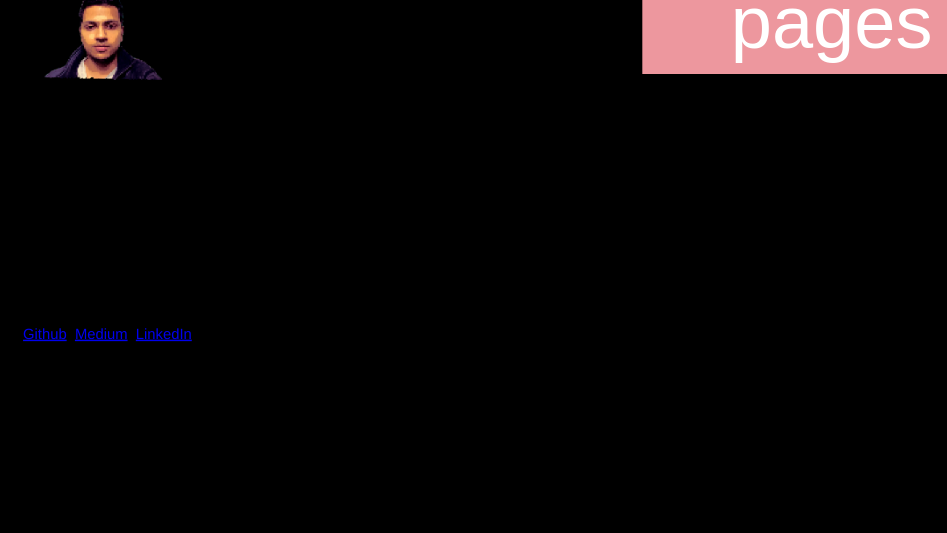
Repository: SamirIngley/html-semantic
Page: templates/about.html
An editor plug-in stored every save of this project. The page is shown before and after the next save, followed by the edit.
The browser window is 1280 px wide. The pictures show the whole page, at 74% of full size.

Above is the page before, as saved 2020-02-05 22:48:59.

### templates/about.html
<!DOCTYPE html>
<html lang="en">
<div class="wrapper">
    <head>
        <meta charset="UTF-8">
        <meta name="viewport" content="width=device-width, initial-scale=1.0">
        <meta http-equiv="X-UA-Compatible" content="ie=edge">
        <link href="style.css" rel="stylesheet">
        <title>Samir Ingle</title>
    <head>
    <div class="header-right">
            <nav>
            <div class='dropdown'>
                <button class='dropbtn'>pages</button>
                <div class="dropdown-content">
                    <a href="/about">about</a>
                    <a href="/projects">projects</a>
                    <a href="/contact">contact</a>
                </div>
            </div>
        </nav>
    </div>


    <div class ="main-content">
    <!-- <center> -->

        <div class="bio">
            <h3>Bio</h3>
            <p>
            22 year old Bay Area native.
            <br>
            Developer
            <br>
            Designer
            </p>
        </div>
        <div class="bio">
            <h3>Weapons of choice:</h3>
            <ul>
                <li>Python</li>
                <li>Django</li>
                <li>HTML</li>
                <li>CSS</li>
            </ul>
        </div>
        <div class="bio">
            <h3>Interests</h3>
            <ul>
                <li>Computer Vision</li>
                <li>Machine Learning</li>
                <li>Data Science</li>
                <li>Google Cloud</li>
            </ul>
        </div>
            <p>

    </div>

    <div class="footer">
            <br>
            <a href="https://github.com/SamirIngley">Github</a>
            <a href="https://medium.com/@SamirIngle">Medium</a>
            <a href="https://www.linkedin.com/in/samiringle/">LinkedIn</a>
    </div>

    <div class="photo">
            <figure>
                    <img src="static/images/8-bit.png" alt="samir-profile-pic" style="width:100%;">
                    <!-- <figcaption>Samir Ingle headshot</figcaption> -->
                </figure>
            </div>
    <!-- </center> -->
</div>

### templates/style.css

/* * {
    box-sizing: border-box;
} */

body {
  margin: 0;
  font-size: 20px;
  background-color:rgb(0, 0, 0);
  color: white;
  font-family: Helvetica;
}

.wrapper {

    display: grid;

    grid-gap: 10px;
    grid-template-columns: repeat(4, 1fr);
    grid-template-rows: 100px 300px;
    /*
    The named areas below define where elements with
    those names are placed on the grid.
    */
    grid-template-areas:  "h h h r"
                          "s m m m"
                          "f . . .";
  }

  .wrapper>div {
    color: rgba(255, 255, 255, 0);
    font-family: Helvetica;
    padding: 1em;
    display: flex;
    justify-content: space-between;
    align-items: center;
    /* height: 20px; */
  }

  .header {
    /* Name this element to place it on the grid */
    grid-area: h;
  }

  .header-right {
    grid-area: r;
  }

  .main-content {
    grid-area: m;
  }

  .side-bar {
    grid-area: s;
  }

  .footer {
    grid-area: f;
  }

  .footer-right {
    grid-area: g;
  }

  .wrapper>div:nth-child(1) {
    background-color: #97edab
  }

  .wrapper>div:nth-child(2) {
    background-color: #e5db8e
  }

  .wrapper>div:nth-child(3) {
    background-color: #97dced
  }

  .wrapper>div:nth-child(4) {
    background-color: #97a1ed
  }

  .wrapper>div:nth-child(5) {
    background-color: #b597ed
  }

  .wrapper>div:nth-child(6) {
    background-color: #ed979e
  }

/* ----- Bio ----- */

.bio ul {
  list-style: none;
}



/* ----- Nav ----- */
nav {
  background-color: rgba(215, 176, 251, 0);
  /* font-weight:bold; */
}


nav a {
  color: white;
  text-align: right;
  font-size: 2vw;
  text-decoration: none;
}

nav a:hover{
  color: lime;
}

nav a.active {
  background-color: orange;
  color: purple;
}


nav {
  display: flex;
  justify-content: flex-end;
  list-style: none;
} */
/*
nav {
    padding: 1em;
} */




.topnav {
  overflow: hidden;
  background-color: rgb(226, 226, 226);
}

.topnav a {
  float: right;
  color: #ffffff;
  text-align: center;
  padding: 14px 16px;
  text-decoration: none;
  font-size: 3px;
}

.topnav a:hover {
  background-color: #ddd;
  color: black;
}

.topnav a.active {
  background-color: lime;
  color: white;
}


/* -------- Drop Down -------- */

.dropbtn {
  background-color: rgba(247, 246, 246, 0);
  color: white;
  /* padding: 60px; */
  padding: 10px 0px 50px 100px;

  font-size: 5em;
  border: 1px;
  cursor: pointer;
}

.dropbtn:hover {
  color: lime;

}

.dropdown {
  position: relative;
  display: inline-block;
}

.dropdown-content {
  display: none;
  position: absolute;
  padding: 0px;
  border: 0px;
  margin: 0px;

  right: 0;
  background-color: #6f6f6f00;
  min-width: 200px;
  box-shadow: 0px 8px 16px 0px rgba(0,0,0,0.2);
  z-index: 1;
}

.dropdown-content a {
  color: white;
  padding: 100px 100px 100 100px;
  text-decoration: none;
  display: block;
  font-size: 13em;

}

.dropdown-content a:hover {background-color: #00000000;}

.dropdown:hover .dropdown-content {display: block;}
.dropdown:hover .dropbtn {background-color: #000000;}

After the next save:
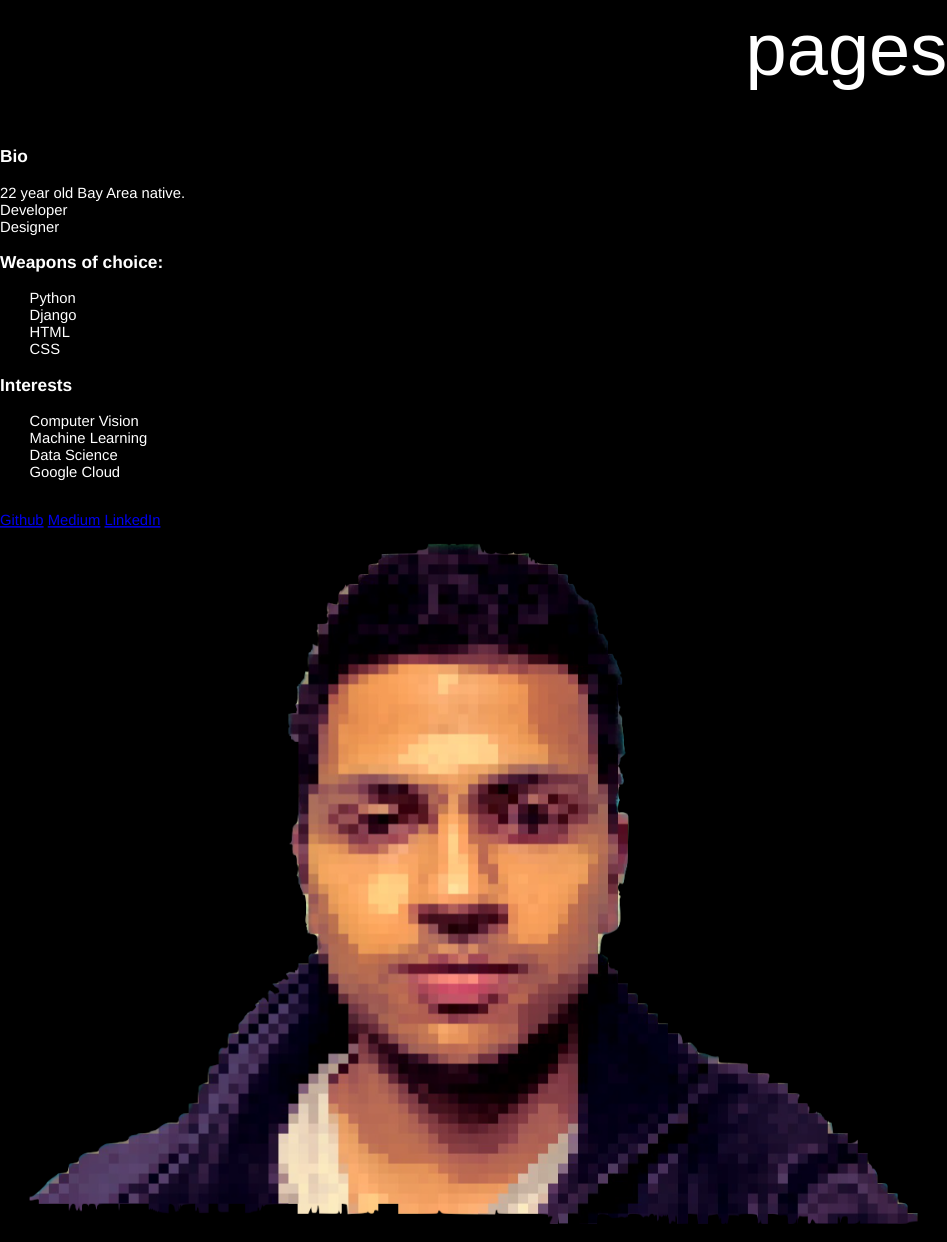
Saved 16 s later.
--- a/templates/style.css
+++ b/templates/style.css
@@ -10,81 +10,6 @@ body {
   color: white;
   font-family: Helvetica;
 }
-
-.wrapper {
-
-    display: grid;
-
-    grid-gap: 10px;
-    grid-template-columns: repeat(4, 1fr);
-    grid-template-rows: 100px 300px;
-    /*
-    The named areas below define where elements with
-    those names are placed on the grid.
-    */
-    grid-template-areas:  "h h h r"
-                          "s m m m"
-                          "f . . .";
-  }
-
-  .wrapper>div {
-    color: rgba(255, 255, 255, 0);
-    font-family: Helvetica;
-    padding: 1em;
-    display: flex;
-    justify-content: space-between;
-    align-items: center;
-    /* height: 20px; */
-  }
-
-  .header {
-    /* Name this element to place it on the grid */
-    grid-area: h;
-  }
-
-  .header-right {
-    grid-area: r;
-  }
-
-  .main-content {
-    grid-area: m;
-  }
-
-  .side-bar {
-    grid-area: s;
-  }
-
-  .footer {
-    grid-area: f;
-  }
-
-  .footer-right {
-    grid-area: g;
-  }
-
-  .wrapper>div:nth-child(1) {
-    background-color: #97edab
-  }
-
-  .wrapper>div:nth-child(2) {
-    background-color: #e5db8e
-  }
-
-  .wrapper>div:nth-child(3) {
-    background-color: #97dced
-  }
-
-  .wrapper>div:nth-child(4) {
-    background-color: #97a1ed
-  }
-
-  .wrapper>div:nth-child(5) {
-    background-color: #b597ed
-  }
-
-  .wrapper>div:nth-child(6) {
-    background-color: #ed979e
-  }
 
 /* ----- Bio ----- */
 
